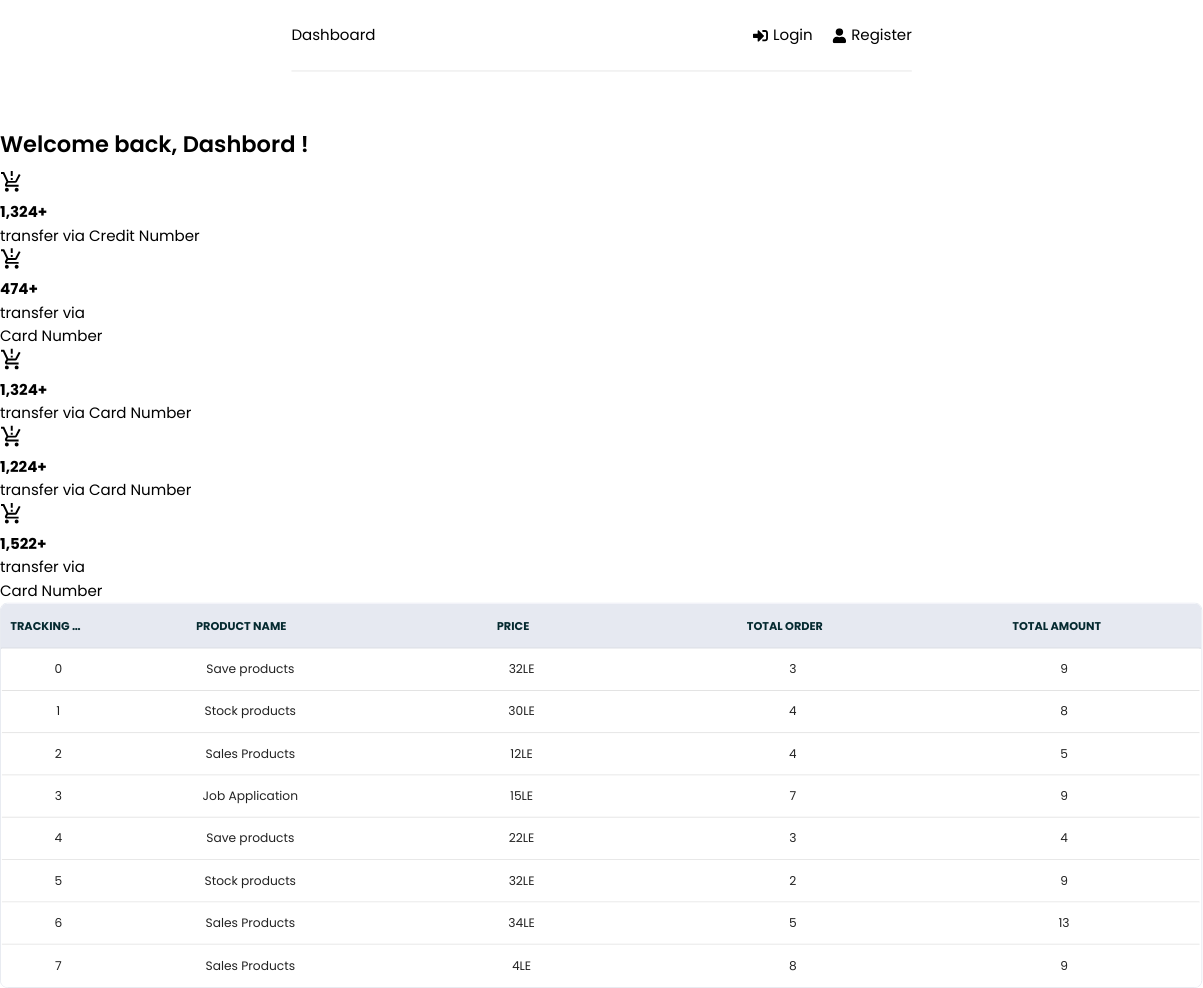
Repository: OmniaRafat232111121/DashboardTailwind
Page: /
The author's editor kept a copy of each file at every save. The page is drawn from the files as they stood at one save, then again after the next save.
The browser window is 1280 px wide. The pictures show the whole page, at 94% of full size.
The project was rebuilt for these pictures with package versions that can differ from the ones it lists, and the page was loaded fresh each time. Also part of the build but not shown: src/components/Spinner.jsx, src/pages/Login.jsx, src/pages/Register.jsx.

Above is the page before, as saved 2023-01-26 19:59:44.

### src/index.css
@import url('https://fonts.googleapis.com/css2?family=Poppins:wght@300;400;600;700&display=swap');

* {
  margin: 0;
  padding: 0;
  box-sizing: border-box;
}

body {
  font-family: 'Poppins', sans-serif;
  height: 100vh;
}

a {
  text-decoration: none;
  color: #000;
}

p {
  line-height: 1.7;
}

ul {
  list-style: none;
}

li {
  line-height: 2.2;
}

h1,
h2,
h3 {
  font-weight: 600;
  margin-bottom: 10px;
}

.container {
  width: 100%;
 max-width:700px;
  margin: 0 auto;
  padding: 0 20px;
  text-align: center;
}

.header {
  display: flex;
  justify-content: space-between;
  align-items: center;
  padding: 20px 0;
  border-bottom: 1px solid #e6e6e6;
  margin-bottom: 60px;
}

.header ul {
  display: flex;
  align-items: center;
  justify-content: space-between;
}

.header ul li {
  margin-left: 20px;
}

.header ul li a {
  display: flex;
  align-items: center;
}

.header ul li a:hover {
  color: #777;
}

.header ul li a svg {
  margin-right: 5px;
}

.heading {
  font-size: 2rem;
  font-weight: 700;
  margin-bottom: 50px;
  padding: 0 20px;
}

.heading p {
  color: #828282;
}

.goals {
  display: grid;
  grid-template-columns: repeat(2, 1fr);
  gap: 10px;
}

.goal {
  background-color: #f4f4f4;
  margin: 10px 0;
  padding: 20px 0 10px;
  position: relative;
}

.goal .close {
  position: absolute;
  top: 10px;
  right: 15px;
  cursor: pointer;
  border: none;
  background: none;
}

.form,
.content {
  width: 70%;
  margin: 0 auto;
}

.form-group {
  margin-bottom: 10px;
}

.form-group input,
.form-group textarea,
.form-group select {
  width: 100%;
  padding: 10px;
  border: 1px solid #e6e6e6;
  border-radius: 5px;
  margin-bottom: 10px;
  font-family: inherit;
}

.form-group label {
  text-align: left;
  display: block;
  margin: 0 0 5px 3px;
}

.btn {
  padding: 10px 20px;
  border: 1px solid #000;
  border-radius: 5px;
  background: #000;
  color: #fff;
  font-size: 16px;
  font-weight: 700;
  cursor: pointer;
  text-align: center;
  appearance: button;
  display: flex;
  align-items: center;
  justify-content: center;
}

.btn svg {
  margin-right: 8px;
}

.btn-reverse {
  background: #fff;
  color: #000;
}

.btn-block {
  width: 100%;
  margin-bottom: 20px;
}

.btn:hover {
  transform: scale(0.98);
}

.loadingSpinnerContainer {
  position: fixed;
  top: 0;
  right: 0;
  bottom: 0;
  left: 0;
  background-color: rgba(0, 0, 0, 0.5);
  z-index: 5000;
  display: flex;
  justify-content: center;
  align-items: center;
}

.loadingSpinner {
  width: 64px;
  height: 64px;
  border: 8px solid;
  border-color: #000 transparent #555 transparent;
  border-radius: 50%;
  animation: spin 1.2s linear infinite;
}

@keyframes spin {
  0% {
    transform: rotate(0deg);
  }
  100% {
    transform: rotate(360deg);
  }
}

@media (max-width: 600px) {
  .form {
    width: 90%;
  }

  .heading h1 {
    font-size: 2rem;
  }

  .heading p {
    font-size: 1.5rem;
  }
}

### src/App.js
import { BrowserRouter as Router, Routes, Route } from 'react-router-dom'
import { ToastContainer } from 'react-toastify'
import 'react-toastify/dist/ReactToastify.css'
import Header from './components/Header'
import Dashboard from './pages/Dashboard'
import Login from './pages/Login'
import Register from './pages/Register'
import { useEffect} from 'react'
import { useSelector } from 'react-redux'
function App() {
const isAuth = useSelector(state => state?.authSlice?.user?.isAuth)
  return (
    <>
      <Router>

        <div className='container'>
          <Header />
          </div>
        <div>
          <Routes>

            <Route path='/' element={<Dashboard />} />
            <Route path='/login' element={<Login />} />
            <Route path='/register' element={<Register />} />


          </Routes>
        </div>
      </Router>
      <ToastContainer />





    </>
  )
}

export default App

### src/app/store.js
import { configureStore } from '@reduxjs/toolkit'
import authReducer from '../features/auth/authSlice'

export const store = configureStore({
  reducer: {
    auth: authReducer,

  },
})

### src/components/Header.jsx
import { FaSignInAlt, FaSignOutAlt, FaUser } from 'react-icons/fa'
import { Link, useNavigate } from 'react-router-dom'
import { useSelector, useDispatch } from 'react-redux'
import { logout, reset } from '../features/auth/authSlice'

function Header() {
  const navigate = useNavigate()
  const dispatch = useDispatch()
  const { user } = useSelector((state) => state.auth)

  const onLogout = () => {
    dispatch(logout())
    dispatch(reset())
    navigate('/')
  }

  return (
    <header className='header'>
      <div className='logo'>
        <Link to='/'>Dashboard</Link>
      </div>
      <ul>
        {user ? (
          <li>
            <button className='btn' onClick={onLogout}>
              <FaSignOutAlt /> Logout
            </button>
          </li>
        ) : (
          <>
            <li>
              <Link to='/login'>
                <FaSignInAlt /> Login
              </Link>
            </li>
            <li>
              <Link to='/register'>
                <FaUser /> Register
              </Link>
            </li>
          </>
        )}
      </ul>
    </header>
  )
}

export default Header

### src/pages/Dashboard.jsx
import React from 'react'
import {MdProductionQuantityLimits} from 'react-icons/md'
import DataTableDT from '../components/DataTable'
import InfoCard from '../components/InfoCard';
import { BiBell, BiBriefcase, BiMessageDetail } from 'react-icons/bi'
import { AiOutlineBarChart } from 'react-icons/ai'
import { FaEye, FaHeart } from 'react-icons/fa'
import { RiGamepadLine } from 'react-icons/ri'
import { HiShoppingBag } from 'react-icons/hi'

const columns = [
    {
    name: 'Tracking no',
    selector: row => row?.id,
    sortable: true,
    reorder: true,
    center: true,
    maxWidth: '120px',
  },
  {
    name: 'Product name',
    selector: row => row?.title,
    sortable: true,
    reorder: true,
    center: true,
  },
  {
    name: 'Price',
    selector: row => row?.price + 'LE',
    sortable: true,
    reorder: true,
    center: true,
  },
  {
    name: 'Total Order',
    selector: row => row?.order ,
   sortable: true,
    reorder: true,
    center: true,
  },
  {
    name: 'Total Amount',
    selector: row => row?.total ,
    sortable: true,
    reorder: true,
    center: true,
  },

];

const data = [

    {
    id: 0,
    count: 178,
    order:3,
    price: 32,
    title: 'Save products',
    total:9,
    icon: <FaHeart />,
      color:'blue'
    },
    {
      id:1,
      count: 20,
         order:4,
      price: 30,
        total:8,
      title:'Stock products',
      icon: <RiGamepadLine />,
      color:'yellow'
    },
    {
      id:2,
      count: 190,
      price: 12,
      order: 4,
           total:5,
      title:'Sales Products',
      icon: <HiShoppingBag />,
      color:'orange'
    },
    {
      id:3,
      count: 12,
      price: 15,
       total:9,
      order:7,
      title:'Job Application',
      icon: <BiBriefcase />,
      color:'purple'
  },
    {
      id:4,
      count: 178,
      price: 22,
       total:4,
     order:3,
      title:'Save products',
      icon: <FaHeart/>,
      color:'blue'
    },
    {
      id:5,
      count: 20,
      price: 32,
      order: 2,
            total:9,
      title:'Stock products',
      icon: <RiGamepadLine />,
      color:'yellow'
    },
    {
      id:6,
      count: 190,
        price:34,
      title: 'Sales Products',
        order:5,
      icon: <HiShoppingBag />,
      color: 'orange',
       total:13,
    },

        {
      id:7,
      count: 140,
        price:4,
      title: 'Sales Products',
        order:8,
      icon: <HiShoppingBag />,
      color: 'orange',
       total:9,
    },


]


const Dashboard = () => {


  return (
    <section className="  w-full px-14 flex-1 pt-14 ">
      <div>
        <h2 className=" lg:text-lg text-black-400 ">Welcome back, Dashbord !</h2>
        <div className=' flex  flex-col mt-4
           lg:flex-row
           items-center
           justify-between
           rounded-md
           bg-gray-100 shadow-2xl p-10 '>

          <InfoCard
            className="mt-3 p-5 box-shadow-300 "
            bgColor={"bg-green-600"}
            textColor={"text-green-500"}

            count={'+1324'}
            icon={<MdProductionQuantityLimits size={25} />}
            label={
              <span className='text-sm'>
                transfer via Credit Number
              </span>
            }
          />
           <InfoCard
            className="mt-3 p-5 box-shadow-300"
            bgColor={"bg-purple-600"}
            textColor={"text-purple-500"}

            count={'+474'}
            icon={<MdProductionQuantityLimits size={25} />}
            label={
              <span className='text-sm'>
                transfer via
                <br />
                Card Number
              </span>
            }
          />
            <InfoCard
            className="mt-3 p-5 box-shadow-300"
            bgColor={"bg-blue-600"}
            textColor={"text-blue-500"}

            count={'+1324'}
            icon={<MdProductionQuantityLimits size={25} />}
            label={
              <span className='text-sm'>
                transfer via  Card Number
              </span>
            }
          />


          <InfoCard
            className="mt-3 box-shadow-300"
             count={'+1224'}
            bgColor={"bg-red-600"}
            textColor={"text-red-500"}
            icon={<MdProductionQuantityLimits size={25} />}
            label={
              <span className='text-sm'>
                transfer via  Card Number
              </span>
            }
          />

          <InfoCard
            className="mt-3 box-shadow-300"
             count={'+1522'}
            bgColor={"bg-yellow-600"}
            textColor={"text-yellow-500"}
            icon={<MdProductionQuantityLimits size={25} />}
            label={
              <span className='text-sm'>
                transfer via
                <br />
                Card Number
              </span>
            }
          />




        </div>
        <div className='mt-10'>
          <DataTableDT
            className=" md:w-3"
            columns={columns}
            data={data}
            selectableRows
            pagination={false}
        />
        </div>
      </div>

    </section>
  )
}

export default Dashboard

### src/features/auth/authSlice.js
import { createSlice, createAsyncThunk } from '@reduxjs/toolkit'
import authService from './authService'

// Get user from localStorage
const user = JSON.parse(localStorage.getItem('user'))

const initialState = {
  user: user ? user : null,
  isError: false,
  isSuccess: false,
  isLoading: false,
  message: '',
}

// Register user
export const register = createAsyncThunk(
  'auth/register',
  async (user, thunkAPI) => {
    try {
      return await authService.register(user)
    } catch (error) {
      const message =
        (error.response &&
          error.response.data &&
          error.response.data.message) ||
        error.message ||
        error.toString()
      return thunkAPI.rejectWithValue(message)
    }
  }
)

// Login user
export const login = createAsyncThunk('auth/login', async (user, thunkAPI) => {
  try {
    return await authService.login(user)
  } catch (error) {
    const message =
      (error.response && error.response.data && error.response.data.message) ||
      error.message ||
      error.toString()
    return thunkAPI.rejectWithValue(message)
  }
})

export const logout = createAsyncThunk('auth/logout', async () => {
  await authService.logout()
})

export const authSlice = createSlice({
  name: 'auth',
  initialState,
  reducers: {
    reset: (state) => {
      state.isLoading = false
      state.isSuccess = false
      state.isError = false
      state.message = ''
    },
  },
  extraReducers: (builder) => {
    builder
      .addCase(register.pending, (state) => {
        state.isLoading = true
      })
      .addCase(register.fulfilled, (state, action) => {
        state.isLoading = false
        state.isSuccess = true
        state.user = action.payload
      })
      .addCase(register.rejected, (state, action) => {
        state.isLoading = false
        state.isError = true
        state.message = action.payload
        state.user = null
      })
      .addCase(login.pending, (state) => {
        state.isLoading = true
      })
      .addCase(login.fulfilled, (state, action) => {
        state.isLoading = false
        state.isSuccess = true
        state.user = action.payload
      })
      .addCase(login.rejected, (state, action) => {
        state.isLoading = false
        state.isError = true
        state.message = action.payload
        state.user = null
      })
      .addCase(logout.fulfilled, (state) => {
        state.user = null
      })
  },
})

export const { reset } = authSlice.actions
export default authSlice.reducer

### src/components/DataTable.jsx
import React from 'react';
import DataTable, { createTheme } from 'react-data-table-component';
import { BsSortDown } from 'react-icons/bs';
const sortIcon = <BsSortDown />;
const DataTbleDT = ({
  columns,
  data,
  title,
  select,
  pagination,
  paginationServer,
  paginationTotalRows,
  onChangeRowsPerPage,
  onChangePage,
  progressPending,
  progressComponent,
}) => {
  const customStyles = {
    tableWrapper: {
      style: {
        display: 'table',
        border: '1px solid #E6E9F1',
        width: '99.9%',
        overflow: 'hidden',
        borderRadius: '8px',
      },
    },
    header: {
      style: {
        color: '#FFFFFF',
        fontWeight: 800,
        minHeight: '60px',
        paddingLeft: '0px',
        textAlign: 'center',
        textTransform: 'uppercase',
      },
    },
    head: {
      style: {
        color: 'orange',
      },
    },
    headRow: {
      style: {
        backgroundColor: '#E6E9F1',
        minHeight: '48px',
      },
      denseStyle: {
        minHeight: '30px',
      },
    },
    headCells: {
      style: {
        textTransform: 'uppercase',
        fontWeight: 700,
        color: '#052A30',
        paddingLeft: '10px',
        paddingRight: '10px',
      },
      activeSortStyle: {
        color: '#ccc',
        '&:focus': {
          outline: 'none',
        },
        '&:hover:not(:focus)': {
          color: '#E6E9F1',
        },
      },
      inactiveSortStyle: {
        '&:focus': {
          outline: 'none',
          color: '',
        },
        '&:hover': {
          color: '',
        },
      },
    },
    cells: {
      style: {
        paddingLeft: '10px',
        paddingRight: '10px',
        wordBreak: 'break-word',
      },
    },
    rows: {
      style: {
        minHeight: '45px',
        width: '99.8%',
        marginLeft: '1px',
        marginRight: '1px',
      },
      denseStyle: {
        fontSize: '12px',
        minHeight: '40px',
      },
      highlightOnHoverStyle: {
        backgroundColor: '#f7fcf7',
      },
    },
  };

  createTheme('ElevateLight', {
    text: {
      primary: '#393939',
      secondary: '#000',
    },
    background: {
      default: '#fff',
    },
    context: {
      background: '#f7fcf7',
      text: '#FFFFFF',
    },
    divider: {
      default: '#E6E9F1',
    },
    action: {
      button: 'rgba(0,0,0,.54)',
      hover: 'rgba(0,0,0,.08)',
      disabled: 'rgba(0,0,0,.12)',
    },
  });

  return (
    <DataTable
      columns={columns}
      data={data}
      selectableRows={select}
      selectableRowsNoSelectAll={false}
      selectableRowsVisibleOnly={false}
      selectableRowsHighlight={true}
      selectableRowsSingle={false}
      expandableRows={false}
      expandOnRowClicked={false}
      expandOnRowDoubleClicked={false}
      expandableRowsHideExpander={false}
      highlightOnHover={false}
      striped={false}
      pointerOnHover={false}
      dense={false}
      persistTableHead={false}
      noHeader={false}
      fixedHeader={false}
      fixedHeaderScrollHeight="300px"
      noTableHead={false}
      noContextMenu={false}
      direction="right"
      subHeader={false}
      subHeaderAlign="right"
      subHeaderWrap={true}
      responsive
      disabled={false}
      customStyles={customStyles}
      sortIcon={sortIcon}
      pagination={pagination}
      paginationServer={paginationServer}
      paginationTotalRows={paginationTotalRows}
      onChangeRowsPerPage={onChangeRowsPerPage}
      onChangePage={onChangePage}
      progressPending={progressPending}
      progressComponent={progressComponent}
    />
  );
};

export default DataTbleDT;

### src/components/InfoCard.jsx
import React from 'react'
import CountUp from 'react-countup'
const InfoCard = (props) => {
    return (
       <div className={` mt-3 rounded-xl ${props.bgColor} bg-opacity-10 p-5  w-36    ${props.textColor}`}>


            <div className='text  flex justify-between   '>
        {props.icon}
                <h4>
          <CountUp
            start={0}
            end={props.count}
            duration={props.count < 20 ? 1 : props.count < 200 ? 2 : 3}
            decimals={0}
                    />
                    +
                    </h4>
            </div>
            {props.label}

          </div>



  )
}

export default InfoCard

### src/features/auth/authService.js
import axios from 'axios'

const API_URL1 = 'https://reqres.in/api/register'

// Register user
const register = async (userData) => {
  const response = await axios.post(API_URL1, userData)

  if (response.data) {
    localStorage.setItem('user', JSON.stringify(response.data))
  }

  return response.data
}

const API_URL = 'https://reqres.in/api/login/'
 //Login user
const login = async (userData) => {
  const response = await axios.post(API_URL , userData)

  if (response.data) {
    localStorage.setItem('user', JSON.stringify(response.data))
  }

  return response.data
}

// Logout user
const logout = () => {
  localStorage.removeItem('user')
}

const authService = {
  register,
  logout,
  login,
}

export default authService

Loaded but not shown: public/index.html (common file); src/index.js (common file)

After the next save:
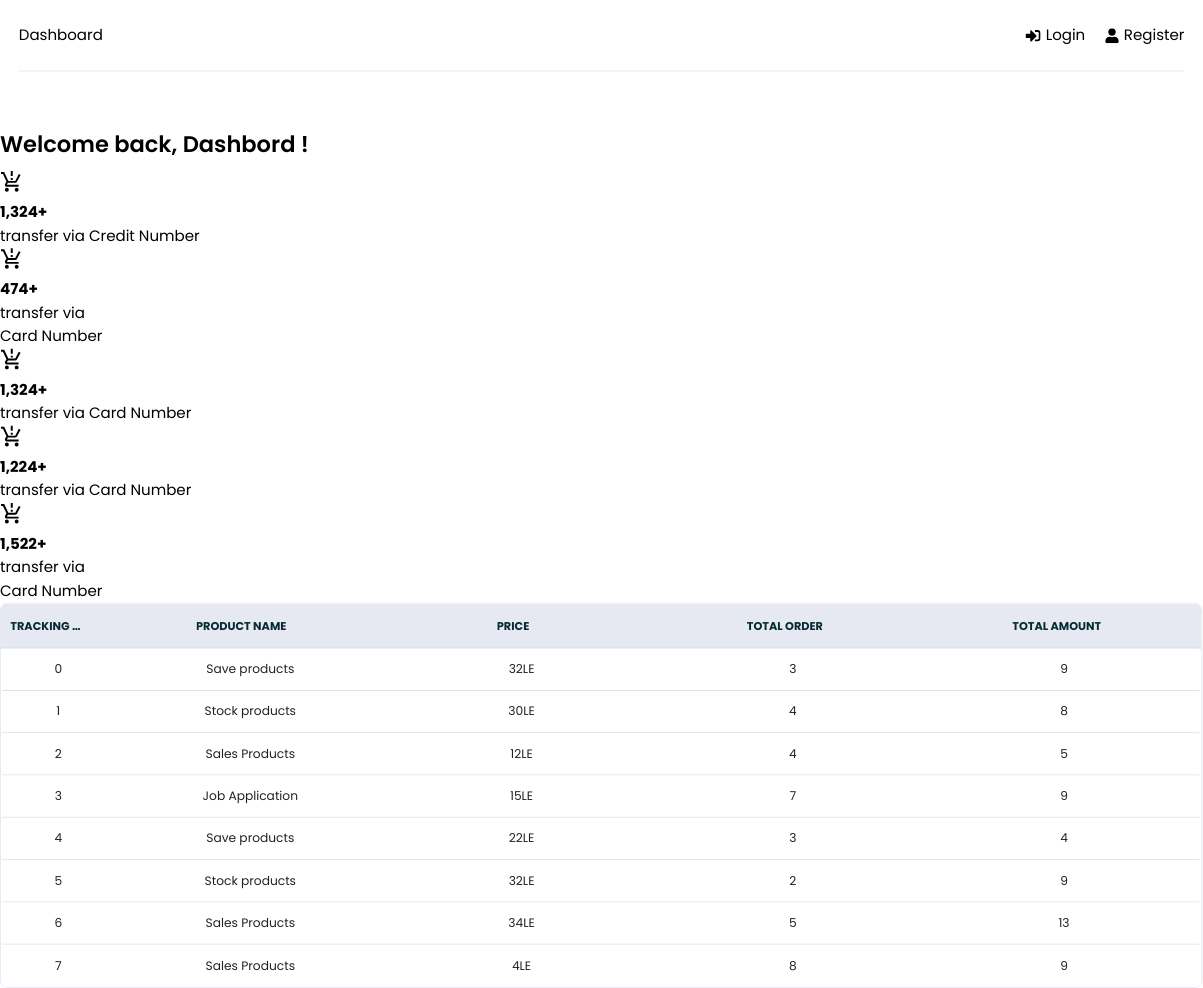
Saved 20 s later.
--- a/src/index.css
+++ b/src/index.css
@@ -37,7 +37,7 @@ h3 {
 
 .container {
   width: 100%;
- max-width:700px;
+
   margin: 0 auto;
   padding: 0 20px;
   text-align: center;
